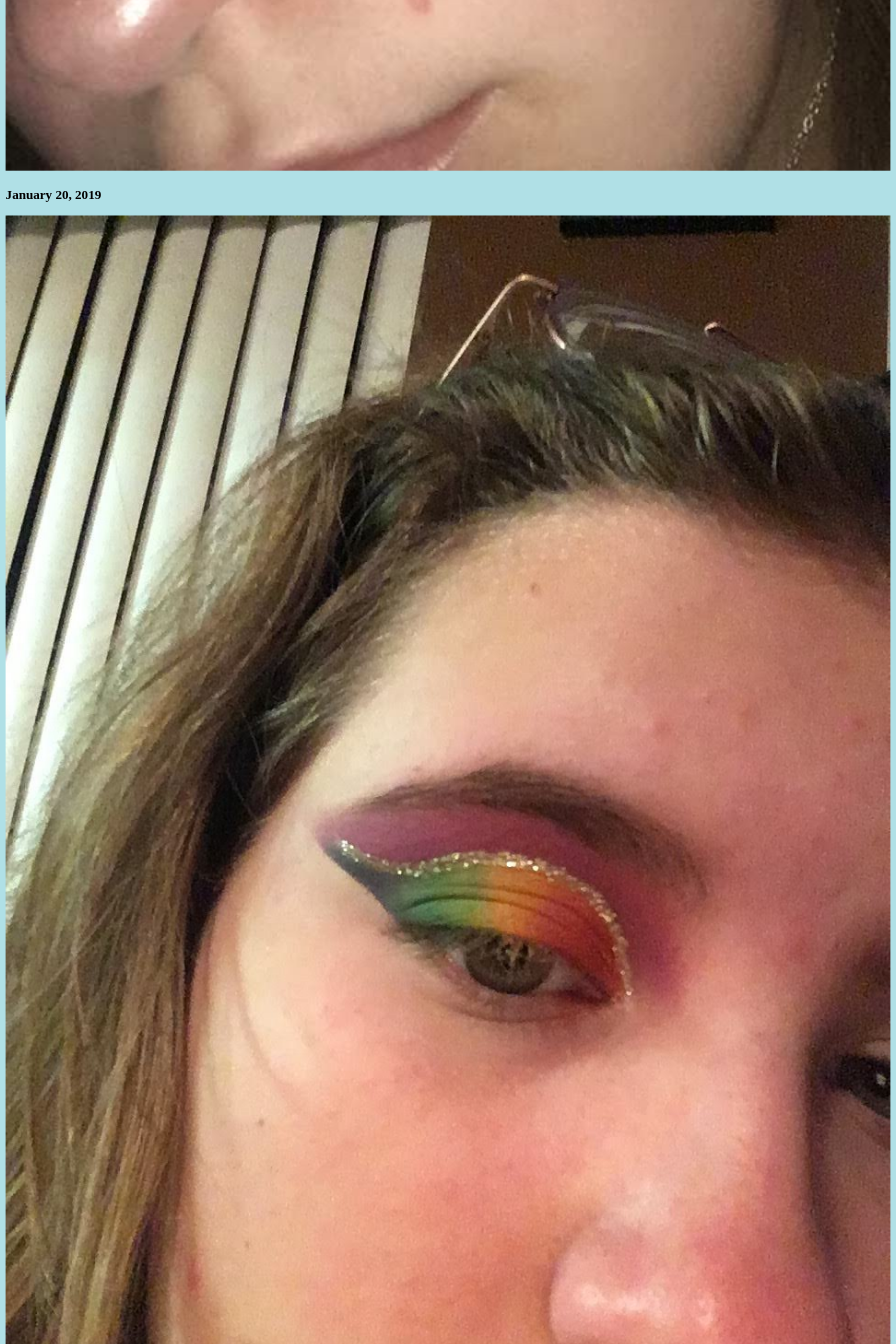
Repository: EMcmurray1862/emcmurray1862.github.io
Page: my_website/portfolio.html
The author's editor kept a record of every edit. The page is drawn from the files as they stood at one moment, then again after the next edit.
The browser window is 1280 px wide. The pictures show the part of the page from y = 2157 to 4077 px (the page is 8269 px tall before and 8287 px after), at 70% of full size.

Above is the page before.

### my_website/portfolio.html
<!doctype html>
	<html lang="en">
	  <head>
	    <meta charset="utf-8">
	    <title>Portfolio</title>
	  </head>
	  <body>
    <a href="index.html">Home</a>
    <a href="portfolio.html">Portfolio</a>
    <a href="about.html">About</a>
    <a href="makeup.html">MakeUp</a>

    <body style="background-color:powderblue;">
  <h1>Portfolio Page</h1>
  <p>This is a list of some of the creations I've created in my CSP 2019-2020 class.</p>

<!-- Portfolio Gallery Grid -->
c
<div class="row">
  <div class="column">
    <div class="content">
    <img src="images/brown_cutcrease.jpg" style="width:100%" "length:200%">
      <h3>January 20, 2019 </h3>
    </div>
  </div>
  <div class="column">
    <div class="content">
    <img src="images/rainbow_cutcrease.jpg" style="width:100%" "length:200%">
      <h3>January 30, 2019 </h3>
    </div>
  </div>
  <div class="column">
    <div class="content">
    <img src="images/valentines_look.jpg" style="width:100%" "length:100%">
       <h3>February 14, 2019 </h3>
    </div>
  </div>
  <div class="column">
    <div class="content">
    <img src="images/yellow_cutcrease.jpg" style="width:100%" "length:100%">
      <h3>August 2, 2019 </h3>
     </div>
  </div>
	  </body>
	</html>

After the next edit:
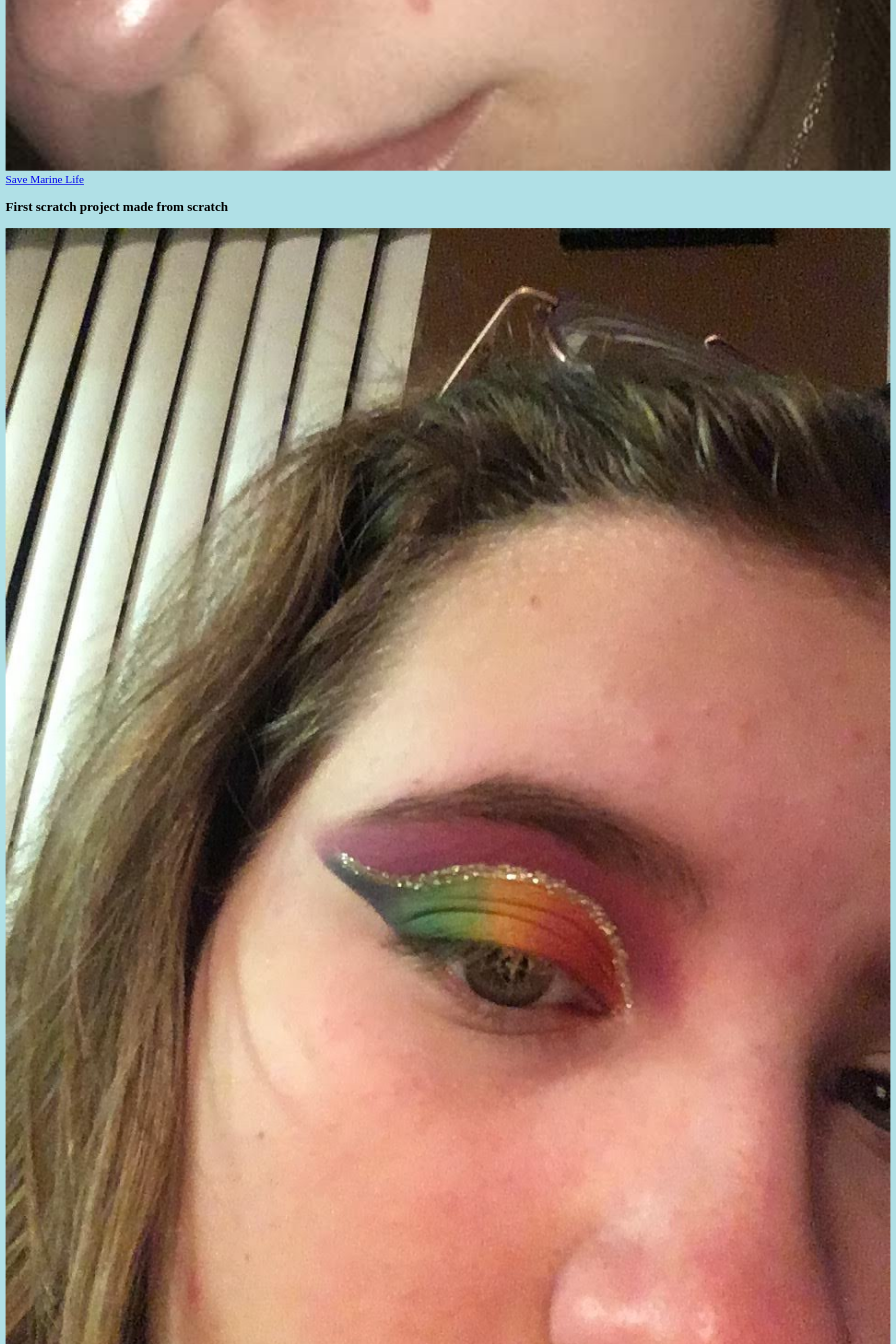
The edit:
--- a/my_website/portfolio.html
+++ b/my_website/portfolio.html
@@ -20,7 +20,8 @@
   <div class="column">
     <div class="content">
     <img src="images/brown_cutcrease.jpg" style="width:100%" "length:200%">
-      <h3>January 20, 2019 </h3>
+      <a href="https://scratch.mit.edu/projects/326744008/">Save Marine Life</a>
+      <h3>First scratch project made from scratch </h3>
     </div>
   </div>
   <div class="column">
